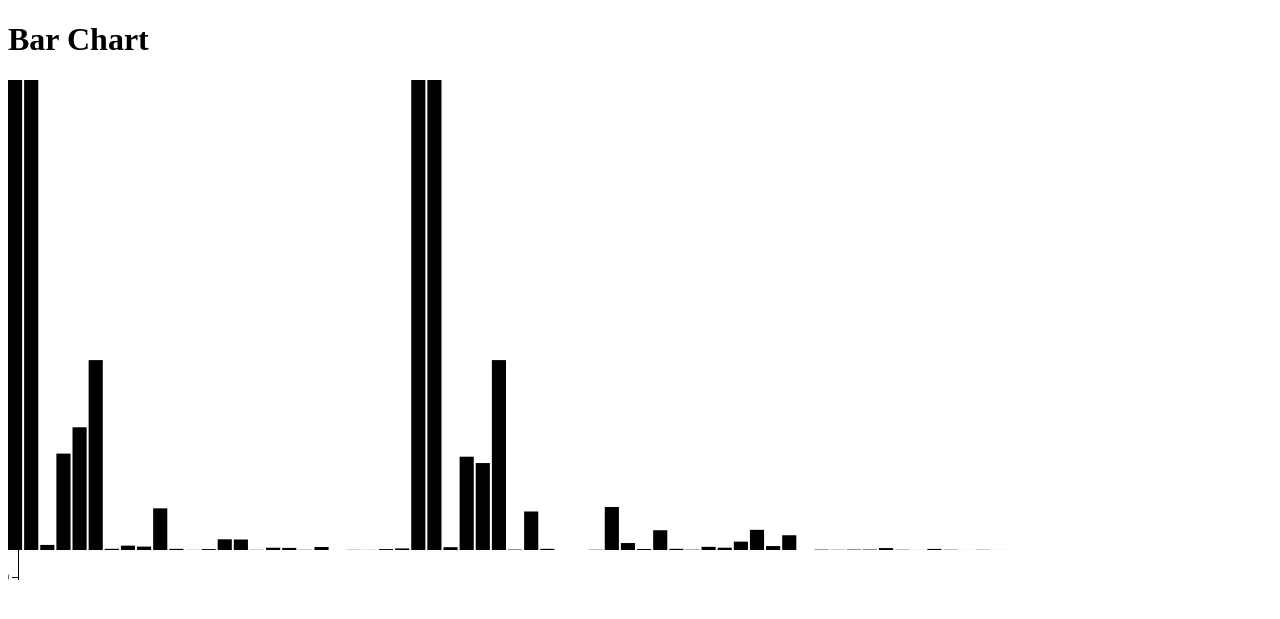
Repository: komalharjani/d3js-visualisation
Page: index.html
The author's editor kept a copy of each file at every save. The page is drawn from the files as they stood at one save, then again after a run of saves.
The browser window is 1280 px wide. The pictures show the whole page.

Above is the page before, as saved 2020-04-29 18:27:22.

### index.html
<!DOCTYPE html>
<html lang="en">
<head>
    <meta charset="UTF-8">
    <meta name="viewport" content="width=device-width, initial-scale=1.0">
    <title>Information Visualisation Practical 3</title>
</head>
<body>
    <div id="barChart"></div>
    <h1>Bar Chart</h1>

</body>
<script src="https://d3js.org/d3.v5.min.js"></script>
<script src="index.js"></script>
</html>

### index.js

let dataPath = "data/energy.csv";
d3.csv(dataPath)
        .then(function (data) {

                let finals = [];

                //Filter Data into new object
                for (let i = 0; i < data.length; i++) {
                        if (data[i].region == "Combined" && data[i].year == 1990) {
                                finals.push({
                                        amount: parseInt(data[i].amount),
                                        type: data[i].type,
                                })
                        }
                }
                console.log(finals);

                let width = 1000;
                let height = 500;
                let margin = {
                        top: 20,
                        right: 20,
                        bottom: 20,
                        left: 50
                };
                let barwidth = (width / finals.length);

                //Append to HTML Document
                let svg = d3.select("body")
                        .append("svg")
                        .attr("height", height)
                        .attr("width", width);

                //Scales
                let xscale = d3.scaleLinear()
                        .domain([0, d3.max(finals, d => d.amount)])
                        .range([0, width]);

                let yscale = d3.scaleLinear()
                        .domain([0, d3.max(finals, d => d.amount)])
                        .range([height, 0]);

                // text scales
                // let yscale = d3.scaleBand()
                // .domain(data.map(d => d.type))
                // .range(0, width);

                //Axis

                let y_axis = d3.axisLeft()
                        .scale(yscale);

                svg.append("g")
                        .attr("transform", "translate(10,30)")
                        .call(y_axis)


                //X Axis
                // let x_axis = d3.axisBottom()
                //         .scale(xscale);
                // let xAxisTranslate = height - 30;
                // svg.append("g")
                //         .attr("transform", "translate(100, " + xAxisTranslate + ")")
                //         .call(x_axis)

                //Barchart
                svg.selectAll("body") //add rectangles to all data
                        .data(finals) //provide finals as dataset
                        .enter()
                        .append("rect")
                        .attr("y", function (d) {
                                return height - xscale(d.amount);
                        })
                        .attr("height", function (d) {
                                return xscale(d.amount);
                        })
                        .attr("width", barwidth - 2)
                        .attr("transform", function (d, i) {
                                let translate = [barwidth * i,-30];
                                return "translate(" + translate + ")";
                        })
                        .attr("fill", 'black');

                // Barchart Text
                // let text = svg.selectAll("text")
                //         .data(finals)
                //         .enter()
                //         .append("text")
                //         .text(function (d) {
                //                 return d.amount;
                //         })
                //         .attr("y", function (d, i) {
                //                 return height - xscale(d.amount) - 2;
                //         })
                //         .attr("x", function (d, i) {
                //                 return barwidth * i - 30;
                //         })

        });

After the next 2 saves:
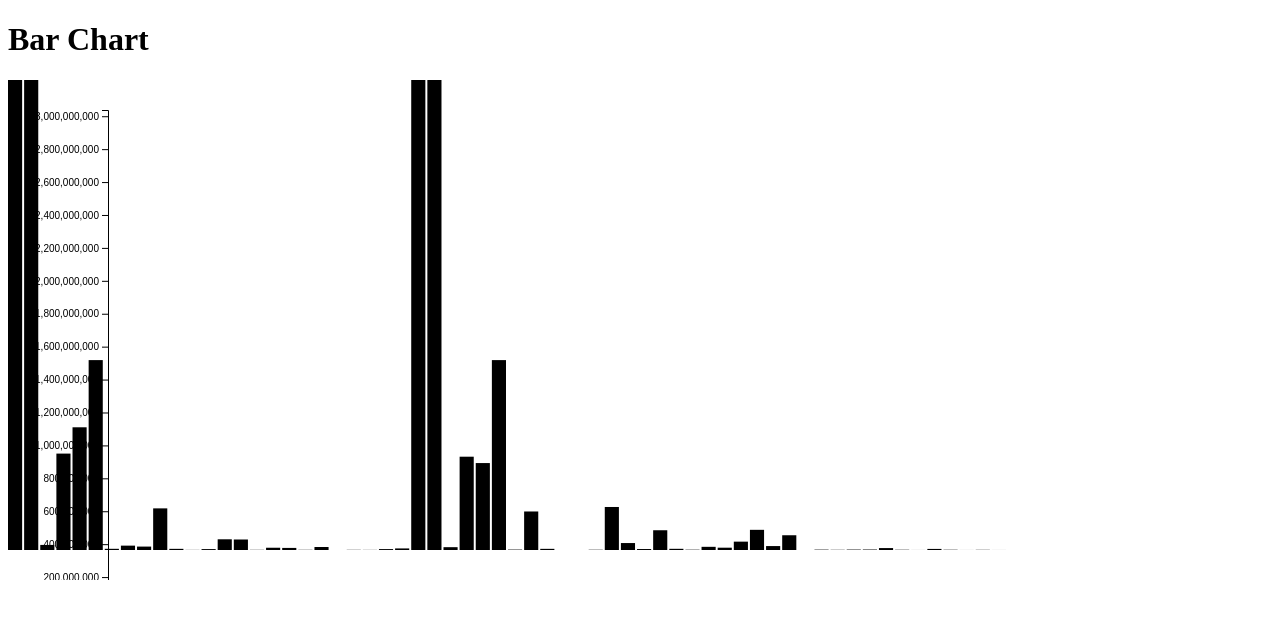
The 2 saves are shown as one change because they came seconds apart.
The last was saved 12 s later.
--- a/index.js
+++ b/index.js
@@ -52,7 +52,7 @@ d3.csv(dataPath)
                         .scale(yscale);
 
                 svg.append("g")
-                        .attr("transform", "translate(10,30)")
+                        .attr("transform", "translate(100,30)")
                         .call(y_axis)
 
 
